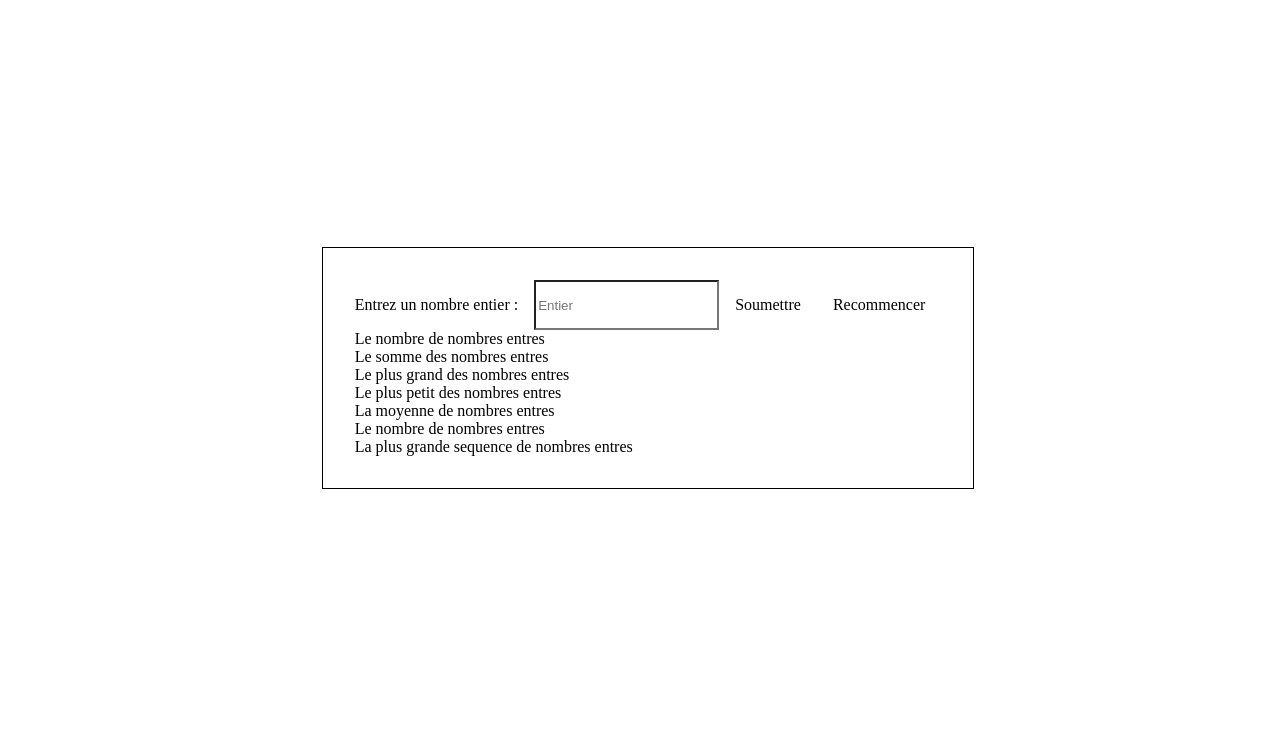
Repository: Thomas088/asbl-proforma
Page: exercices/js/ex-01/index.html
The author's editor kept a copy of each file at every save. The page is drawn from the files as they stood at one save, then again after the next save.
The browser window is 1280 px wide. The page is 1288 px wide, so the pictures cover 1288 px, including what lies to the right of the window. The pictures show the whole page.

Above is the page before, as saved 2020-03-20 01:52:54.

After the next save:
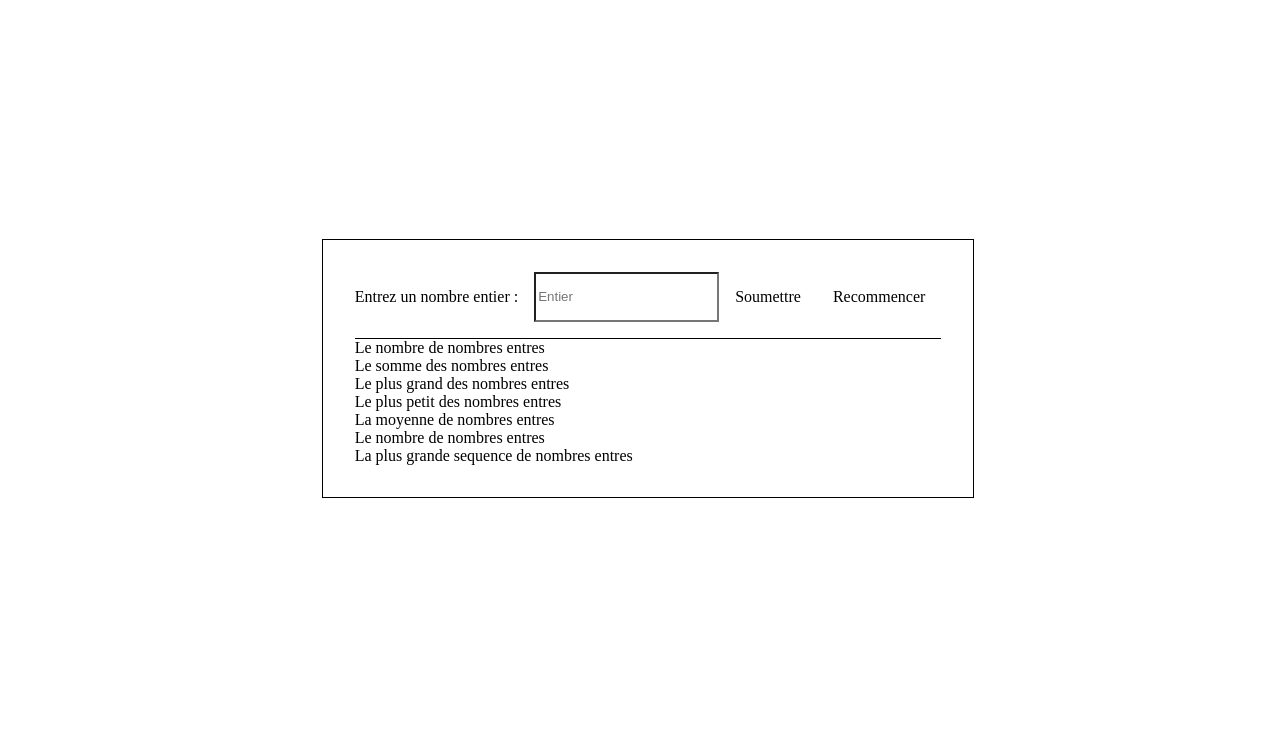
Saved 47 s later.
--- a/exercices/js/ex-01/style.css
+++ b/exercices/js/ex-01/style.css
@@ -13,6 +13,8 @@ body {
 
 .entry-user {
     display: flex;
+    padding-bottom: 1rem;
+    border-bottom: 1px solid #000;
 }
 
 .entry-user p {
